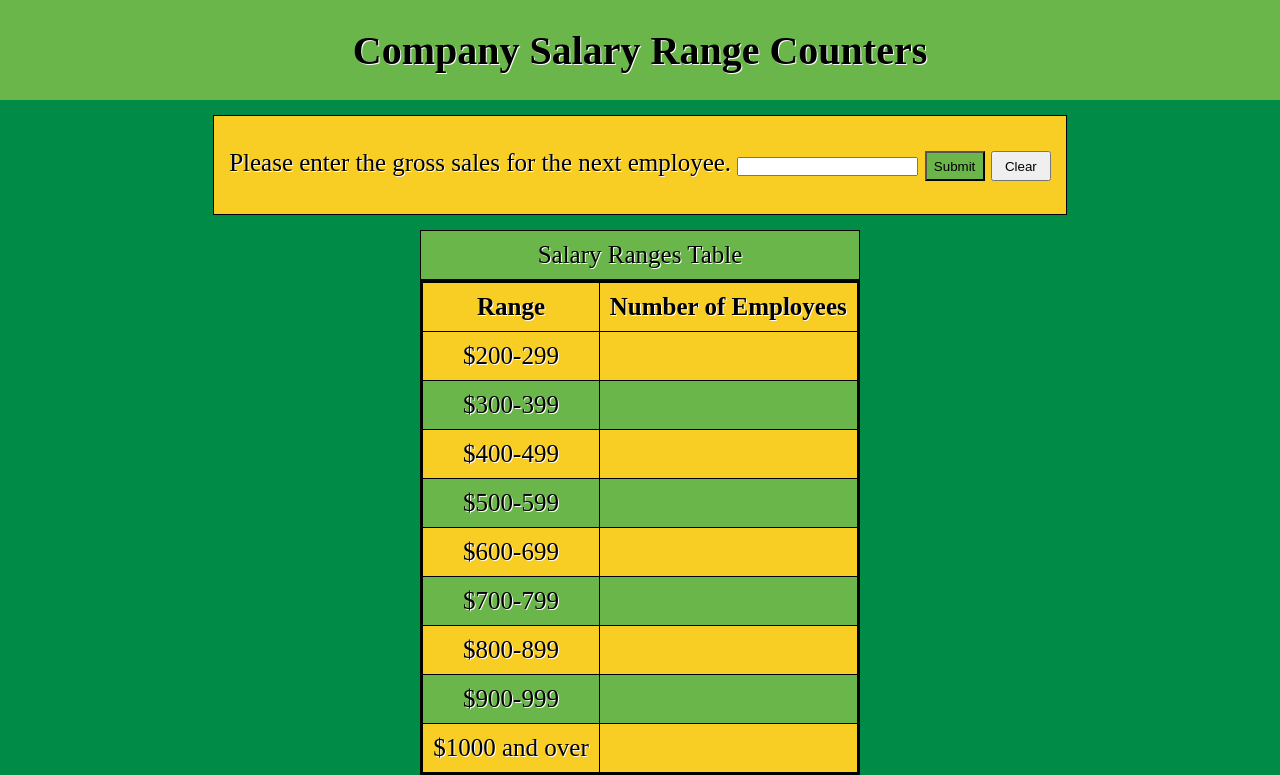
Repository: mlmEFSC21/P17-Sales-Commision
Page: sales.html
An editor plug-in stored every save of this project. The page is shown before and after the next save, followed by the edit.
The browser window is 1280 px wide. The pictures show the whole page.

Above is the page before, as saved 2022-04-02 08:48:39.

### sales.html
<!DOCTYPE html>
<html lang="en">
    <head>
        <meta charset="UTF-8" />
        <meta http-equiv="X-UA-Compatible" content="IE=edge" />
        <meta name="viewport" content="width=device-width, initial-scale=1.0" />
        <link rel="stylesheet" href="sales.css" />
        <script defer src="sales.js"></script>
        <title>Company Salary Range Counters</title>
    </head>
    <body>
        <header class="mainHeader">
            <h1>Company Salary Range Counters</h1>
        </header>
        <section class="mainContent">
            <div class="formContainer" id="formContainer">
                <form class="salaryForm" id="salaryForm">
                    <label for="grossSales"
                        >Please enter the gross sales for the next employee.</label
                    >
                    <input type="text" name="grossSales" class="salesInp" id="salesInp" required />
                    <button type="submit" class="submit-btn" id="submit-btn">Submit</button>
                    <button type="reset" class="clear-btn" id="clear-btn">Clear</button>
                </form>
            </div>
            <div class="tableContainer" id="tableContainer">
                <table>
                    <caption>
                        Salary Ranges Table
                    </caption>
                    <thead>
                        <tr>
                            <th>Range</th>
                            <th>Number of Employees</th>
                        </tr>
                    </thead>
                    <tbody>
                        <tr>
                            <td>$200-299</td>
                            <td class="ranges" id="ranges"></td>
                        </tr>
                        <tr>
                            <td>$300-399</td>
                            <td class="ranges" id="ranges"></td>
                        </tr>
                        <tr>
                            <td>$400-499</td>
                            <td class="ranges" id="ranges"></td>
                        </tr>
                        <tr>
                            <td>$500-599</td>
                            <td class="ranges" id="ranges"></td>
                        </tr>
                        <tr>
                            <td>$600-699</td>
                            <td class="ranges" id="ranges"></td>
                        </tr>
                        <tr>
                            <td>$700-799</td>
                            <td class="ranges" id="ranges"></td>
                        </tr>
                        <tr>
                            <td>$800-899</td>
                            <td class="ranges" id="ranges"></td>
                        </tr>
                        <tr>
                            <td>$900-999</td>
                            <td class="ranges" id="ranges"></td>
                        </tr>
                        <tr>
                            <td>$1000 and over</td>
                            <td class="ranges" id="ranges"></td>
                        </tr>
                    </tbody>
                    <tfoot></tfoot>
                </table>
            </div>
        </section>
    </body>
</html>

### sales.css
:root {
    --clr-background: #008b47;
    --clr-primary: #f8cd24;
    --clr-secondary: #6bb64a;
}
*,
*::after,
*::before {
    box-sizing: border-box;
    margin: 0;
    padding: 0;
}
body {
    background-color: var(--clr-background);
    font-size: 20px;
    text-shadow: 1px 1px #fff;
}
.mainHeader {
    display: flex;
    align-items: center;
    justify-content: center;
    height: 100px;
    background-color: var(--clr-secondary);
}

.mainContent {
    display: flex;
    flex-direction: column;
}
.formContainer {
    display: flex;
    height: 100px;
    font-size: 1.25em;
    align-self: center;
    justify-self: center;
    align-items: center;
    justify-content: center;
    border: 1px ridge black;
    margin: 15px;
    padding: 15px;
    background-color: var(--clr-primary);
}
.tableContainer {
    justify-self: center;
    align-self: center;
}
table {
    border-collapse: collapse;
    border: 3px solid black;
    font-size: 1.25em;
    background-color: var(--clr-primary);
}
th,
tr,
td {
    border: 1px solid black;
    margin: 10px;
    padding: 10px;
    text-align: center;
}
caption {
    border: 1px solid black;
    padding: 10px;
    text-align: center;
    background-color: var(--clr-secondary);
}
tr:nth-child(even) {
    background-color: var(--clr-secondary);
}
button {
    height: 30px;
    width: 60px;
}
.submit-btn {
    background-color: var(--clr-secondary);
}
.resetBtn {
    background-color: darkred;
}
.clearBtn:hover {
    background-color: #ff0000;
}

### sales.js
//  base salary = $200 + commission
// commission = gross sales * 9%
// range floor / 100 - 2 = index 0 - 8
// test: x1 = Math.floor(218 / 100) - 2;
// works for all ranges below the last. Just check for >1000 first.
const baseSalary = 200;
let commissionAmount = 0;
let totalSalary = 0;
let employeeNum = 0;
let salaryRanges = [0, 0, 0, 0, 0, 0, 0, 0, 0];
let weeklyGrossSales = [];

const form = document.querySelector("#salaryForm");
const salesInput = document.getElementById("salesInp");
const td = document.querySelectorAll("td#ranges");
form.addEventListener("submit", getWeeklySal);
const resetBtn = document.querySelector("#clear-btn");
resetBtn.addEventListener("click", clearAllSalaries);

function getWeeklySal(e) {
    e.preventDefault();
    employeeNum++;
    weeklyGrossSales = parseInt(salesInput.value);
    calcCommission();
    calcTotalWeeklySalary();
    calcSalaryRange(totalSalary);
    fillRangeCol();
    salesInput.value = "";
}
function calcCommission() {
    commissionAmount = weeklyGrossSales * 0.09;
}
function calcTotalWeeklySalary() {
    totalSalary = baseSalary + commissionAmount;
    console.log(totalSalary);
    console.log(salaryRanges);
}
function calcSalaryRange(totalSalary) {
    if (totalSalary >= 1000) {
        salaryRanges[8] += 1;
    } else if (totalSalary < 1000) {
        let i = Math.floor(totalSalary / 100) - 2;
        salaryRanges[i] = salaryRanges[i] + 1;
    }
}
//append the table
function fillRangeCol() {
    for (let i = 0; i < salaryRanges.length; i++) {
        td[i].innerText = salaryRanges[i];
    }
}
//reset button
function clearAllSalaries() {
    salesInput.value = "";
    salaryRanges = [0, 0, 0, 0, 0, 0, 0, 0, 0];
    weeklyGrossSales = [];
    for (let i = 0; i < salaryRanges.length; i++) {
        td[i].innerText = 0;
    }
}

console.log(salaryRanges);
console.log(weeklyGrossSales);

After the next save:
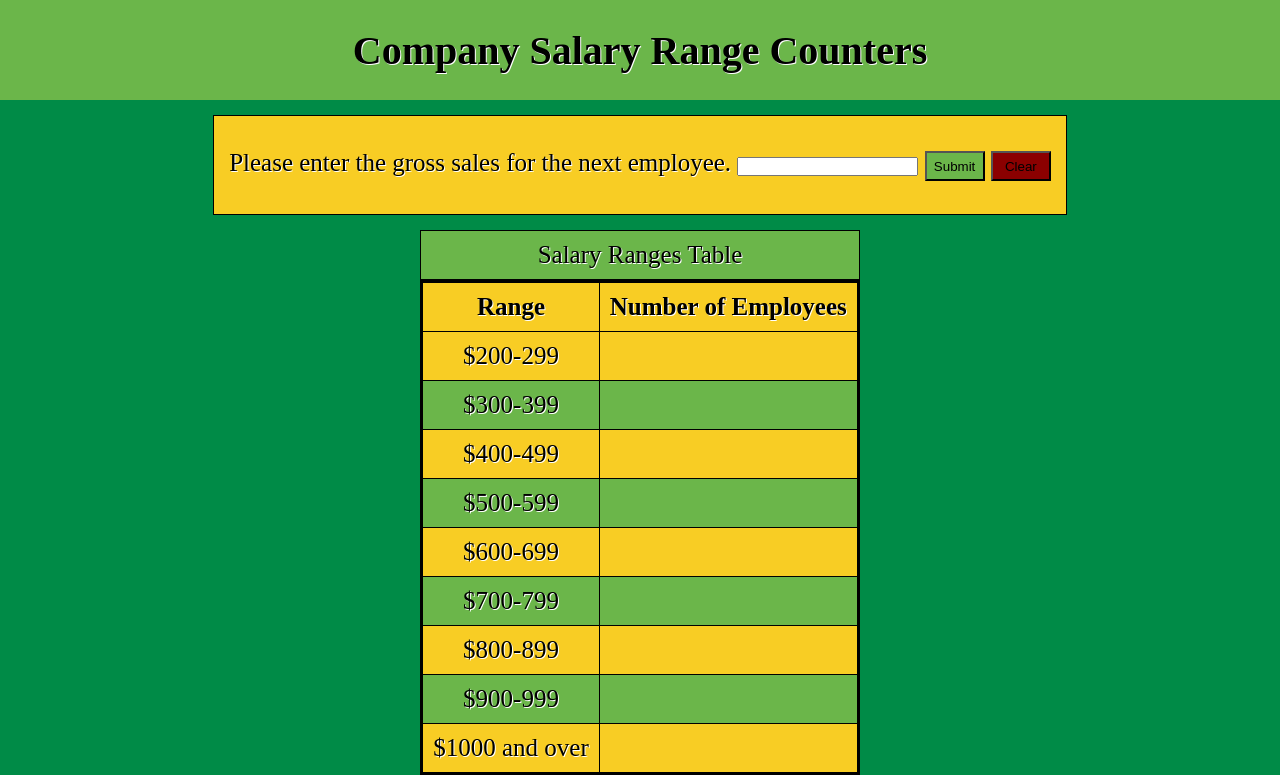
Saved 17 s later.
--- a/sales.css
+++ b/sales.css
@@ -74,7 +74,7 @@ button {
 .submit-btn {
     background-color: var(--clr-secondary);
 }
-.resetBtn {
+.clear-btn {
     background-color: darkred;
 }
 .clearBtn:hover {
